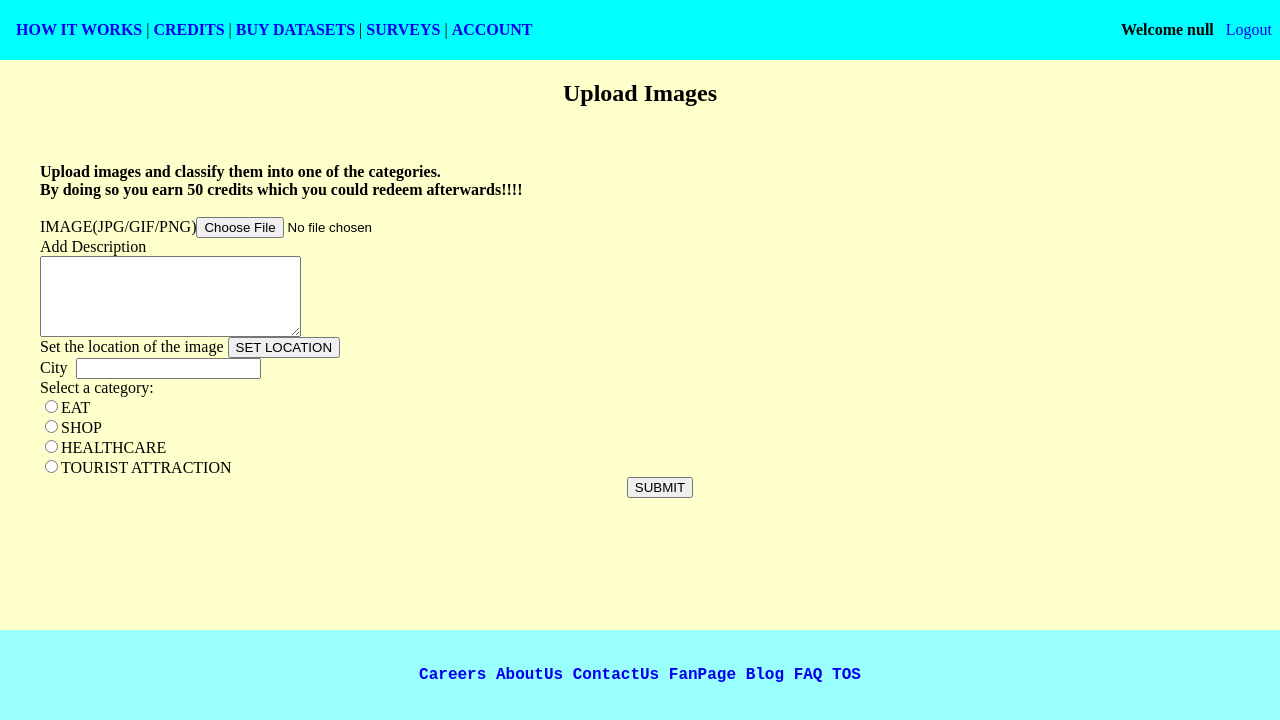
Repository: nicks707/LocoShack_TGMC-project
Page: http://localhost/ram/uploadphoto.jsp
An editor plug-in stored every save of this project. The page is shown before and after the next save, followed by the edit.
The browser window is 1280 px wide. The pictures show the whole page.
The page is served by Tomcat 9. Other server files are loaded and not shown.

Above is the page before, as saved 2012-03-20 11:34:00.

### ram/WebContent/uploadphoto.jsp
<%@ page language="java" contentType="text/html; charset=ISO-8859-1"
    pageEncoding="ISO-8859-1"%>
<!DOCTYPE html PUBLIC "-//W3C//DTD HTML 4.01 Transitional//EN" "http://www.w3.org/TR/html4/loose.dtd">
<html>
<head>
<meta http-equiv="Content-Type" content="text/html; charset=ISO-8859-1">
<title>LocoShack-Upload Photos</title>
<style>
html, body,table
{
  height: 100%;
  width:100%;
}
</style>
</head>
<body style="margin-top:0px;margin-left:0px;margin-right:0px">
<table  width="100%" cellpadding="0" cellspacing="0"   style="background-color:#FFFFCC">
<tr height="60px"><td><jsp:include page="header2.jsp"></jsp:include></td></tr>
<tr height="20px"><td valign="top"><center><h2><b>Upload Images</b></h2></center><br/><br/></td></tr>
<tr ><td valign="top" style="padding-left:40px;">
<b>Upload images and classify them into one of the categories.<br/>
By doing so you earn 50 credits which you could redeem afterwards!!!!</b><br/><br/>
<form action="upload.jsp">
IMAGE(JPG/GIF/PNG)<input type="file" name="image" id="image" size="20"><br/>
Add Description<br/>
<textarea rows="5" cols="30"></textarea><br/>
Set the location of the image&nbsp;<input type="button" value="SET LOCATION" onclick="window.open('setloc2.jsp','setloc2')"><br/>
<input type="hidden" name="lat" id="lat">
<input type="hidden" name="lat" id="lat">
City&nbsp;&nbsp;<input type="text" name="city" id="city"><br/>
Select a category:<br/>
<input type="radio" name="cat" value="eat">EAT<br/>
<input type="radio" name="cat" value="shop">SHOP<br/>
<input type="radio" name="cat" value="health">HEALTHCARE<br/>
<input type="radio" name="cat" value="tour">TOURIST ATTRACTION<br/>
<div align="center"><input type="submit" value="SUBMIT"></div><br/><br/>





</form>
</td></tr>
<tr height="50px"><td><jsp:include page="footer.jsp"></jsp:include></td></tr>





</table>
</body>
</html>

### ram/WebContent/header2.jsp
<%@ page language="java" contentType="text/html; charset=ISO-8859-1"
    pageEncoding="ISO-8859-1"%>
<!DOCTYPE html PUBLIC "-//W3C//DTD HTML 4.01 Transitional//EN" "http://www.w3.org/TR/html4/loose.dtd">
<html>
<head>
<meta http-equiv="Content-Type" content="text/html; charset=ISO-8859-1">
<title>Insert title here</title>
</head>
<body style="margin-left:0px;margin-right:0px;margin-top:0px;">
<table cellpadding="0px" cellspacing="0px" width="100%">

<tr bgcolor="#00FFFF" style="height:60px;">
<td>&nbsp;&nbsp;&nbsp;&nbsp;<a href="hit.jsp"><b>HOW IT WORKS</b></a> | <a href="credits.jsp"><b>CREDITS</b></a> | <a href="buydata.jsp"><b>BUY DATASETS</b></a> | <a href="surveys.jsp"><b>SURVEYS</b></a> |  <a href="accmain.jsp"><b>ACCOUNT</b></a> </td>

<td align="right">&nbsp;&nbsp;&nbsp;&nbsp;&nbsp;&nbsp;&nbsp;&nbsp;&nbsp;&nbsp;&nbsp;&nbsp;&nbsp;&nbsp;&nbsp;&nbsp;&nbsp;&nbsp;&nbsp;&nbsp;
&nbsp;&nbsp;&nbsp;&nbsp;&nbsp;&nbsp;&nbsp;&nbsp;&nbsp;&nbsp;&nbsp;&nbsp;&nbsp;&nbsp;&nbsp;&nbsp;&nbsp;&nbsp;&nbsp;&nbsp;&nbsp;&nbsp;&nbsp;&nbsp;&nbsp;&nbsp;&nbsp;&nbsp;&nbsp;&nbsp;&nbsp;&nbsp;&nbsp;&nbsp;&nbsp;&nbsp;&nbsp;&nbsp;&nbsp;&nbsp;&nbsp;&nbsp;&nbsp;&nbsp;&nbsp;&nbsp;&nbsp;&nbsp;&nbsp;&nbsp;&nbsp;&nbsp;&nbsp;&nbsp;&nbsp;&nbsp;&nbsp;&nbsp;&nbsp;&nbsp;
<!-- code for links like welcome user/guest and signout --><b>Welcome <%=session.getAttribute("id") %></b>&nbsp;&nbsp;&nbsp;<a href="logout.jsp">Logout</a>&nbsp;&nbsp;</td>
</tr>

</table>

</body>
</html>

### ram/WebContent/footer.jsp
<%@ page language="java" contentType="text/html; charset=ISO-8859-1"
    pageEncoding="ISO-8859-1"%>
<!DOCTYPE html PUBLIC "-//W3C//DTD HTML 4.01 Transitional//EN" "http://www.w3.org/TR/html4/loose.dtd">
<html>
<head>
<meta http-equiv="Content-Type" content="text/html; charset=ISO-8859-1">
<title>Insert title here</title>
</head>
<style>
a{text-decoration:none;}
</style>
<body style="margin-top:0px;margin-left:0px;margin-right:0px;">
<table width=100% border="0px" cellpadding="0px" cellspacing="0px">
<tr    bgcolor="#99FFFF" style="height:90px;">
<td  colspan="3" width="100%"  align="center"> <font color="#330099" face="Courier New, Courier, monospace"><b><a href="careers.jsp">Careers</a> <a href="abtus.jsp">AboutUs</a> <a href="contact.jsp">ContactUs</a> <a href="http://www.facebook.com">FanPage</a> <a href="blog.jsp">Blog</a> <a href="faq.jsp">FAQ</a> <a href="tos.jsp">TOS</a></b></font></td>
</tr>


</table>

</body>
</html>

After the next save:
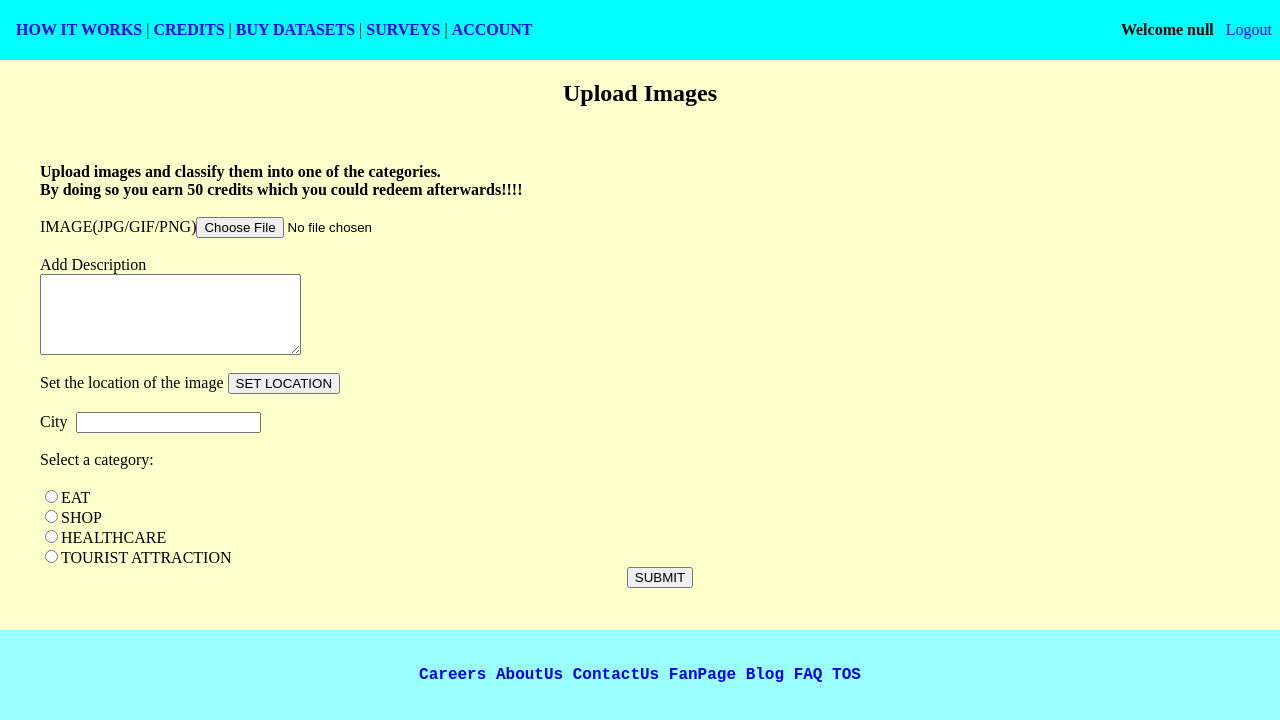
Saved 45 s later.
--- a/ram/WebContent/uploadphoto.jsp
+++ b/ram/WebContent/uploadphoto.jsp
@@ -21,14 +21,14 @@ html, body,table
 <b>Upload images and classify them into one of the categories.<br/>
 By doing so you earn 50 credits which you could redeem afterwards!!!!</b><br/><br/>
 <form action="upload.jsp">
-IMAGE(JPG/GIF/PNG)<input type="file" name="image" id="image" size="20"><br/>
+IMAGE(JPG/GIF/PNG)<input type="file" name="image" id="image" size="20"><br/><br/>
 Add Description<br/>
-<textarea rows="5" cols="30"></textarea><br/>
-Set the location of the image&nbsp;<input type="button" value="SET LOCATION" onclick="window.open('setloc2.jsp','setloc2')"><br/>
+<textarea rows="5" cols="30"></textarea><br/><br/>
+Set the location of the image&nbsp;<input type="button" value="SET LOCATION" onclick="window.open('setloc2.jsp','setloc2')"><br/><br/>
 <input type="hidden" name="lat" id="lat">
 <input type="hidden" name="lat" id="lat">
-City&nbsp;&nbsp;<input type="text" name="city" id="city"><br/>
-Select a category:<br/>
+City&nbsp;&nbsp;<input type="text" name="city" id="city"><br/><br/>
+Select a category:<br/><br/>
 <input type="radio" name="cat" value="eat">EAT<br/>
 <input type="radio" name="cat" value="shop">SHOP<br/>
 <input type="radio" name="cat" value="health">HEALTHCARE<br/>
